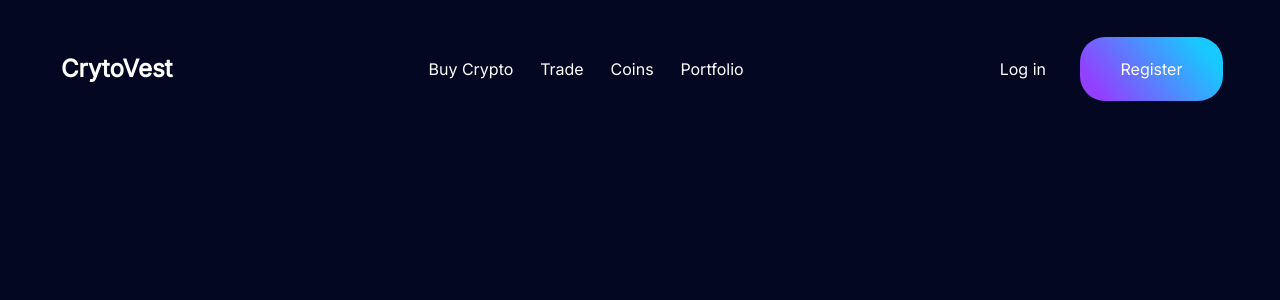
Repository: Eugene44-hub/cryptovest
Page: /
These files come from the project's save history. The page is drawn as it stood at one moment and after the next save; the edit follows.
The browser window is 1280 px wide. The pictures show the whole page.
The project was rebuilt for these pictures with package versions that can differ from the ones it lists, and the page was loaded fresh each time. Also part of the build but not shown: vite.config.ts.

Above is the page before, as saved 2022-07-15 16:31:38.

### src/App.tsx
import Home from "./pages/home/Home"

function App() {

  return (
    <div className="App">
      <Home/>
    </div>
  )
}

export default App

### src/index.css
@import url('https://fonts.googleapis.com/css2?family=Inter&display=swap');
@tailwind base;
@tailwind components;
@tailwind utilities;
body {
    margin: 0;
    font-family: 'Inter', sans-serif;
    -webkit-font-smoothing: antialiased;
    -moz-osx-font-smoothing: grayscale;
    padding: 0;
    background-color: rgba(3, 7, 34, 1);
}

code {
    font-family: source-code-pro, Menlo, Monaco, Consolas, 'Courier New', monospace;
}

.container {
    max-width: 1440px;
    margin: 0 auto;
}

### src/pages/home/Home.tsx
import React from 'react'
import Nav from '../../components/nav/Nav'

const Home = () => {
  return (
    <div>
      <Nav/>
    </div>
  )
}

export default Home

### src/components/nav/Nav.tsx
import React from 'react'
import styles from "./Nav.module.scss"
const navItems = ["Buy Crypto", "Trade", "Coins", "Portfolio"]
import { AiOutlineMenu } from "react-icons/ai"

const Nav = () => {
  return (
    <nav className='pt-[37px]'>
      <div className='container  px-[24px] md:pl-[61px] md:pr-[57px] text-white'>

        <div className='flex justify-between items-center'>

          <span className={`font-[700] ${styles.banner}`}>
            CrytoVest
          </span>

          <div className='hidden lg:flex justify-between items-center flex-1'>
            <ul className='flex font-[500] m-auto w-[30%] justify-between'>
              {navItems.map((item, index) => (<li key={index}>{item}</li>))}
            </ul>

            <div className='font-[500]'>
              <button className='mr-[34px]'>
                Log in
              </button>

              <button className={`${styles.btn} w-[143px]`}>
                Register
              </button>
            </div>

          </div>
          <AiOutlineMenu color="white" size={24} className="font-bold lg:hidden"/>


        </div>


      </div>
    </nav>
  )
}

export default Nav

### src/components/nav/Nav.module.scss
@import "../../sass/index.scss";
.banner {
    font-size: rem(24);
}

.btn {
    @include setBtn($gradient1);
}

### src/sass/index.scss
@import "./config";

### src/sass/config/_index.scss
@import "variables";
@import "utilities";
@import "mixins&funcs";

### src/sass/config/_variables.scss
$gradient1:linear-gradient(231.7deg, #18C8FF 15.39%, #933FFE 87.39%);
$gradient: linear-gradient(180.01deg, rgba(245, 245, 245, 0.53) 0.39%, rgba(205, 96, 188, 0.5) 24.76%, rgba(56, 77, 130, 0.26) 63.89%, rgba(105, 30, 226, 0.03) 92.45%);
$bgColor:rgba(3, 7, 34, 1);
$purple1:rgba(185, 130, 255, 1);
$purple1:rgba(132, 112, 255, 1);
$grey1:rgba(255, 255, 255, 1);

### src/sass/config/_utilities.scss
/*
➡️ 0px -480px -  Smaller Smartphones

➡️ 481px -768px  - Tablets & larger smartphones

➡️ 769px -1279px  -  Laptops, larger tablets
in landscape, and small desktops

➡️ 1280px+ - Larger desktops and monitors
*/

%btn {
    border-radius: 25px;
    padding: 20px 0;
}

### src/sass/config/_mixins&funcs.scss
@use "sass:math";
@function rem($px, $default:16) {
    @return (math.div($px, $default)*1rem);
}

@mixin devices($device) {
    @media screen and (max-width: $device) {
        @content;
    }
}

@mixin setBtn($bgColor) {
    background: $bgColor;
    color: white;
    @extend %btn
}

Loaded but not shown: index.html (common file); src/main.tsx (common file); tailwind.config.js (common file)

After the next save:
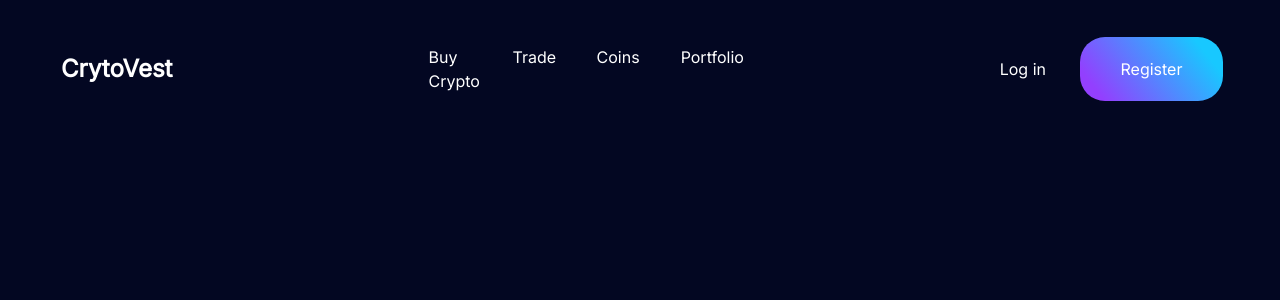
Saved 51 s later.
--- a/src/components/nav/Nav.tsx
+++ b/src/components/nav/Nav.tsx
@@ -16,7 +16,7 @@
 
           <div className='hidden lg:flex justify-between items-center flex-1'>
             <ul className='flex font-[500] m-auto w-[30%] justify-between'>
-              {navItems.map((item, index) => (<li key={index}>{item}</li>))}
+              {navItems.map((item, index) => (<li className='w-[20%]' key={index}>{item}</li>))}
             </ul>
 
             <div className='font-[500]'>
